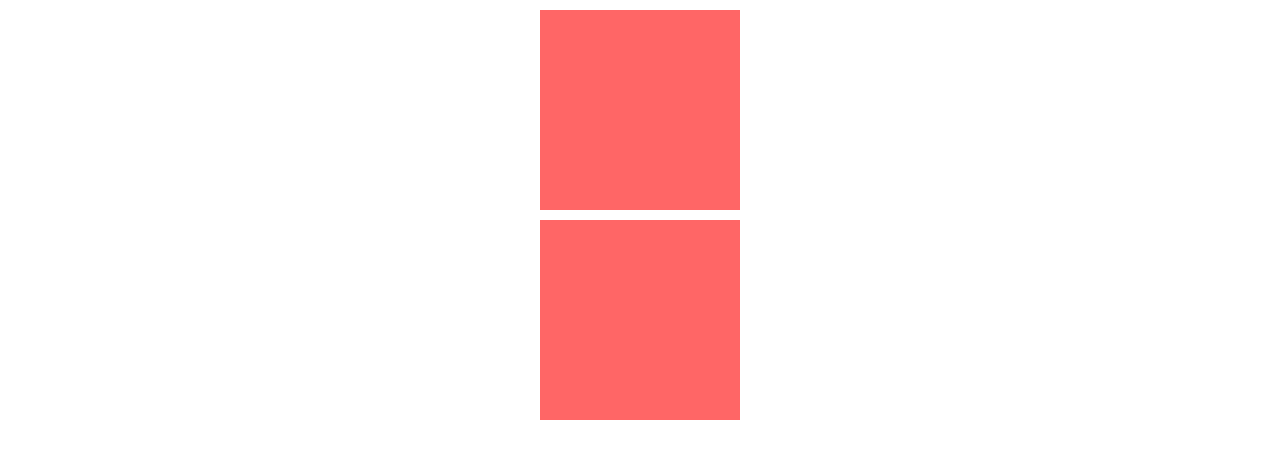
Repository: LstHeart/html-learning
Page: css3/CSS3颜色.html
These files come from the project's save history. The page is drawn as it stood at one moment and after the next save; the edit follows.
The browser window is 1280 px wide. The pictures show the whole page.

Above is the page before, as saved 2021-01-12 15:50:54.

After the next save:
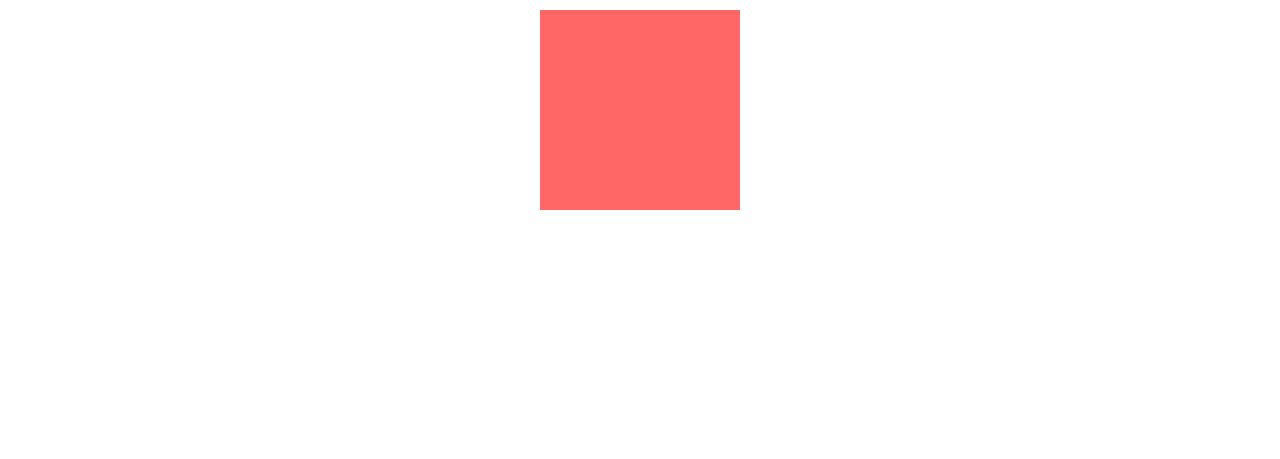
Saved 55 s later.
--- a/css3/CSS3颜色.html
+++ b/css3/CSS3颜色.html
@@ -11,6 +11,9 @@
         height: 200px;
         margin: 10px auto;
         /* background-color: rgb(255, 0, 0); */
+
+      }
+      .div1{
         background-color: rgba(255, 0, 0, 0.6);
       }
     </style>

After the save that followed:
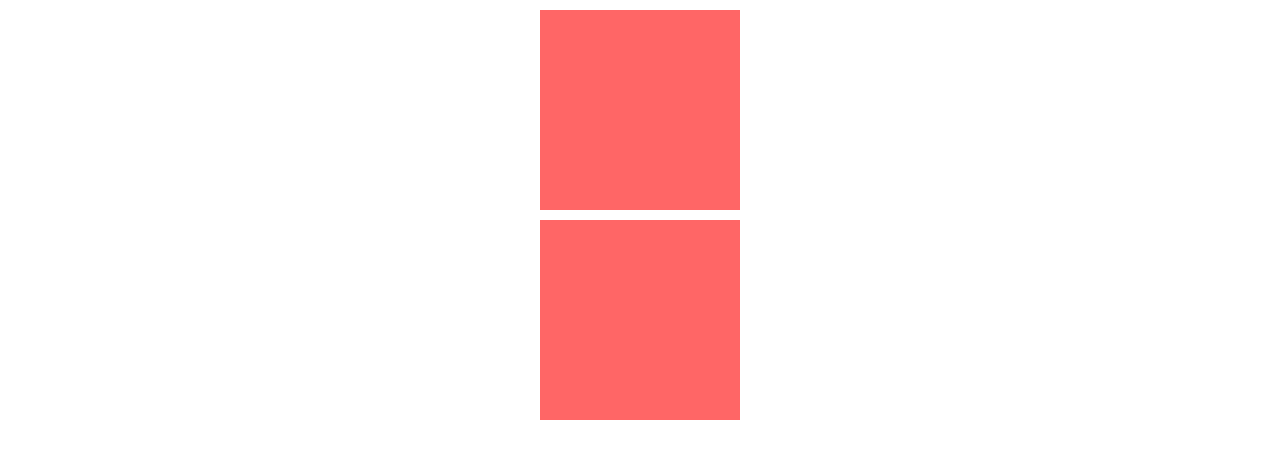
Saved 10 s later.
--- a/css3/CSS3颜色.html
+++ b/css3/CSS3颜色.html
@@ -11,7 +11,7 @@
         height: 200px;
         margin: 10px auto;
         /* background-color: rgb(255, 0, 0); */
-
+        background-color: rgba(255, 0, 0, 0.6);
       }
       .div1{
         background-color: rgba(255, 0, 0, 0.6);
